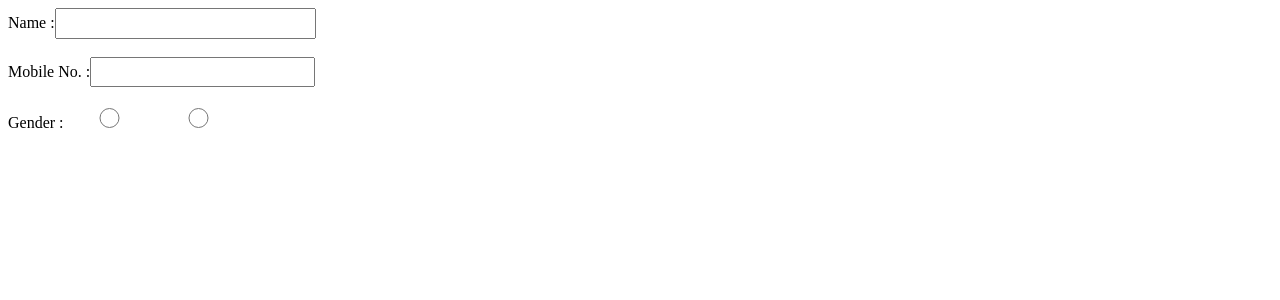
Repository: gtmpry/ssservlet
Page: Priya/WebContent/Registration.html
The author's editor kept a copy of each file at every save. The page is drawn from the files as they stood at one save, then again after the next save.
The browser window is 1280 px wide. The pictures show the whole page.

Above is the page before, as saved 2019-01-21 09:20:35.

### Priya/WebContent/Registration.html
<!DOCTYPE html>
<html>
<head>
<meta charset="ISO-8859-1">
<title>Registration</title>
</head>
<body style="height: 78px; ">
	<form method="post" action="Registration" style="height: 74px; ">Name :<input
			name="name" style="height: 25px; width: 253px"><br><br>Mobile No. :<input
			name="number" style="width: 217px; height: 24px"><br><br>Gender :<input
			name="gender" type="radio" value="Male" style="width: 81px; height: 20px"><input
			name="gender" type="radio" value="Female" style="width: 81px; height: 20px">
	</form>
</body>
</html>

After the next save:
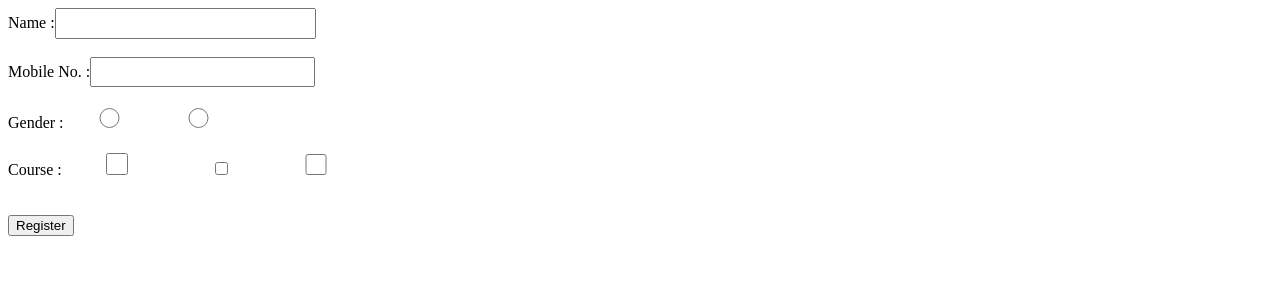
Saved 4 min 32 s later.
--- a/Priya/WebContent/Registration.html
+++ b/Priya/WebContent/Registration.html
@@ -9,7 +9,11 @@
 			name="name" style="height: 25px; width: 253px"><br><br>Mobile No. :<input
 			name="number" style="width: 217px; height: 24px"><br><br>Gender :<input
 			name="gender" type="radio" value="Male" style="width: 81px; height: 20px"><input
-			name="gender" type="radio" value="Female" style="width: 81px; height: 20px">
+			name="gender" type="radio" value="Female" style="width: 81px; height: 20px"><br><br>Course :<input
+			name="java" type="checkbox" value="java" style="width: 102px; height: 22px"><input
+			name="php" type="checkbox" value="PHP" style="width: 93px; "><input
+			name="android" type="checkbox" value="Android" style="width: 82px; height: 21px"><br><br><br><input
+			type="submit" value="Register">
 	</form>
 </body>
 </html>
